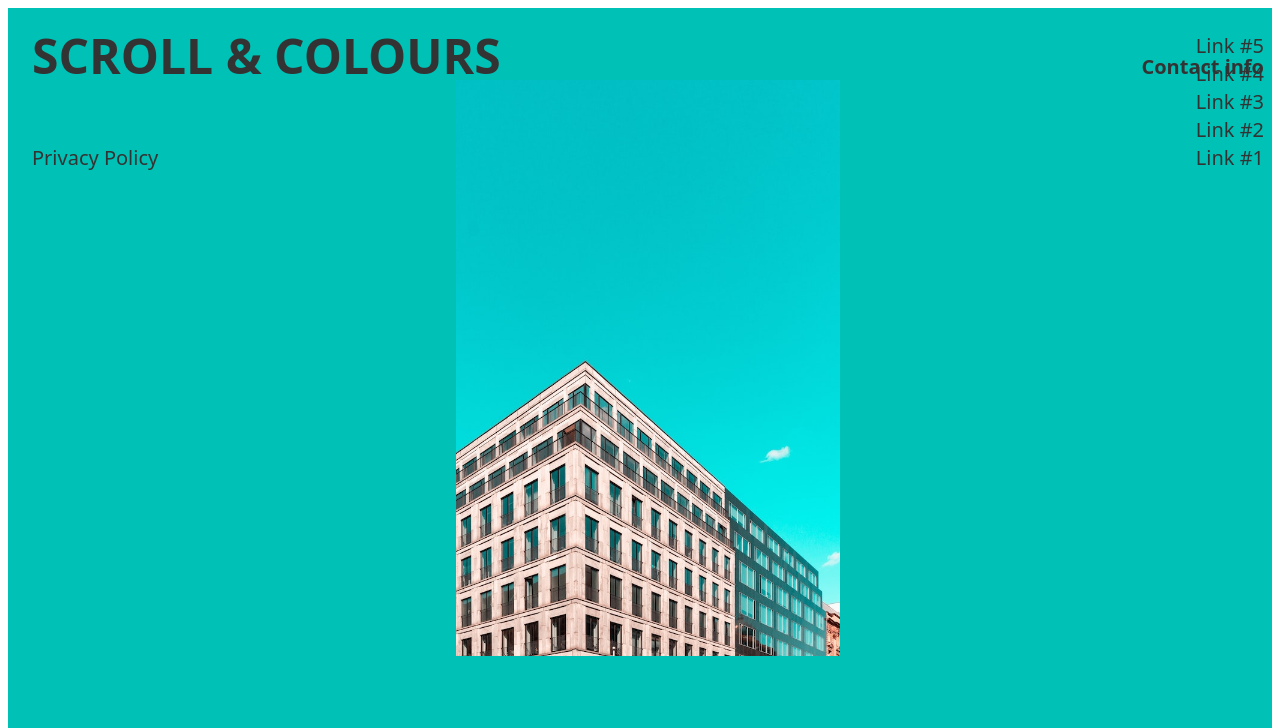
Repository: chelle-c/smooth-scroll-colours
Page: /
An editor plug-in stored every save of this project. The page is shown before and after the next save, followed by the edit.
The browser window is 1280 px wide. The pictures show the whole page.
An inner scrolling area shows only its first screen. The project was rebuilt for these pictures with package versions that can differ from the ones it lists, and the page was loaded fresh each time. Imported but missing from the stored project, and not drawn on this page: images.

Above is the page before, as saved 2022-09-21 22:19:55.

After the next save:
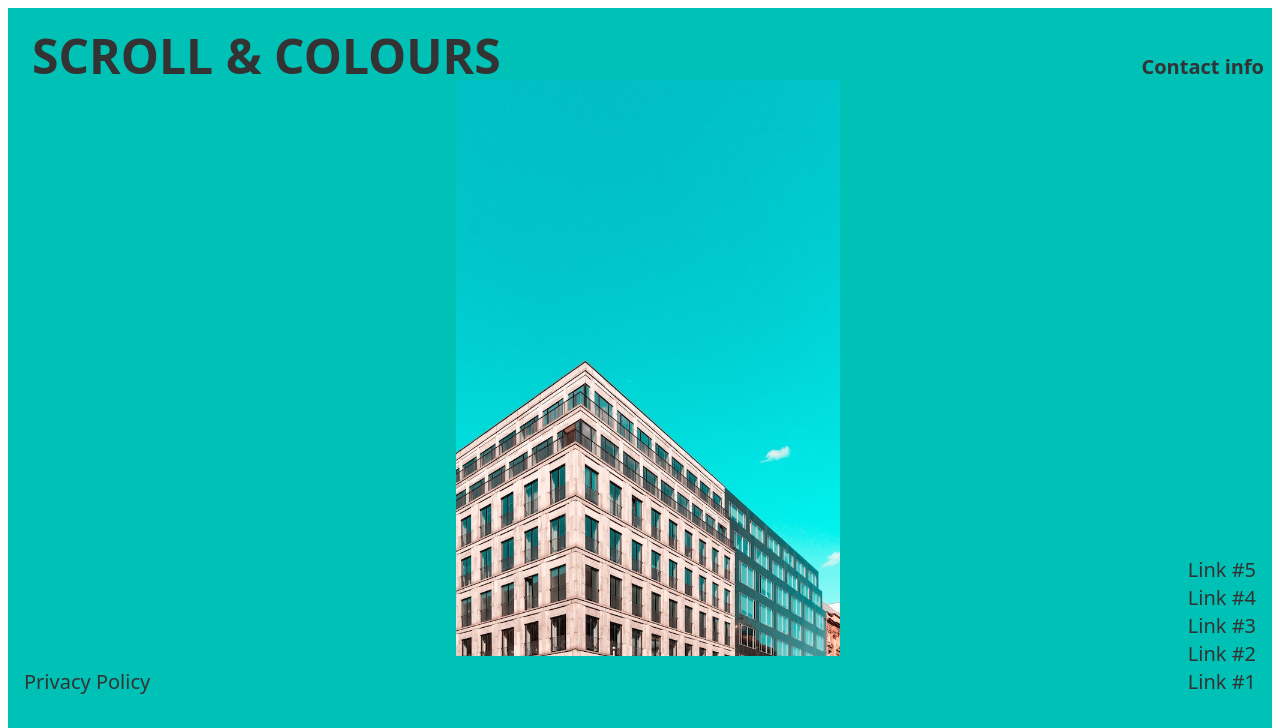
Saved 23 s later.
--- a/src/App.svelte
+++ b/src/App.svelte
@@ -77,7 +77,7 @@
 			/>
 		</div>
 	</section>
-	<div class="min-w-full p-6 flex flex-row justify-between items-end z-10 fixed">
+	<div class="min-w-full p-6 flex flex-row justify-between items-end z-10 fixed bottom-0 left-0">
 		<div class="font-sans text-xl">Privacy Policy</div>
 		<div class="font-sans text-xl">
 			<ul>
